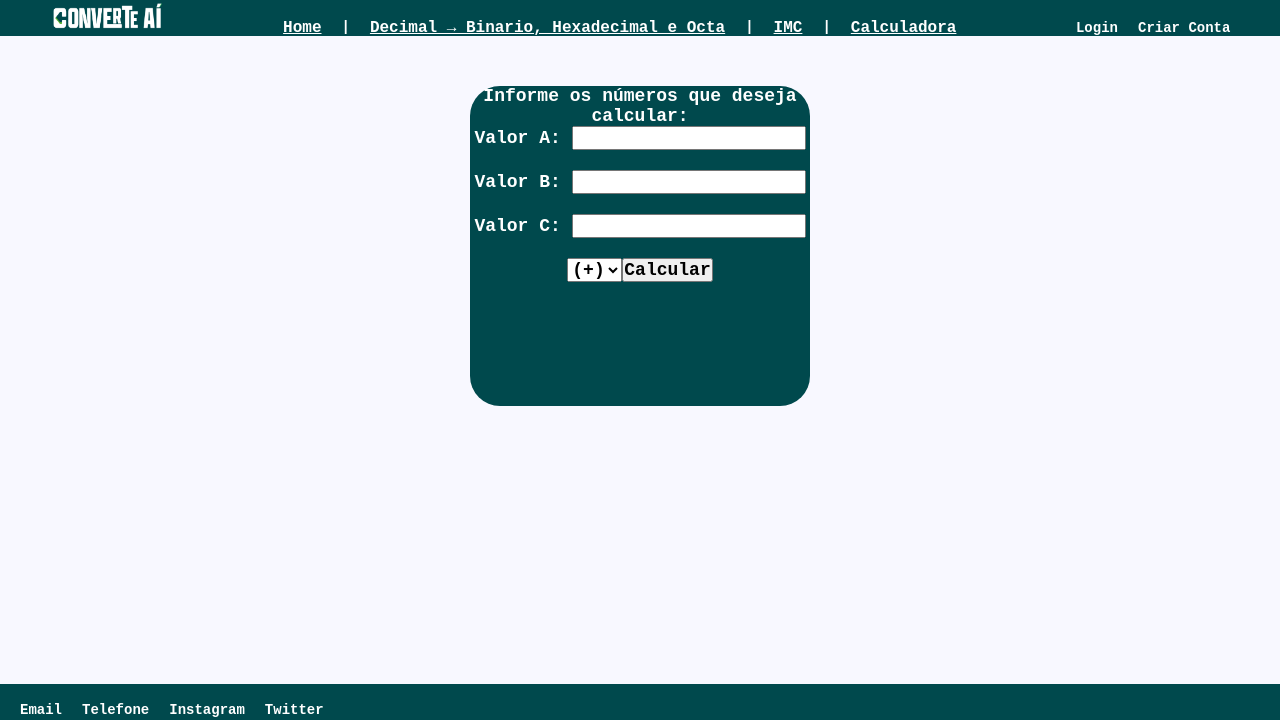
Repository: Frav1u/converteai
Page: http://localhost/ConverteAi/calculadora.html
An editor plug-in stored every save of this project. The page is shown before and after the next save, followed by the edit.
The browser window is 1280 px wide. The pictures show the whole page.
Some web fonts or font styles are not loaded; a fallback is used. The page is served by Tomcat 9. Other server files are loaded and not shown.

Above is the page before, as saved 2023-10-01 21:36:01.

### ConverteAi/src/main/webapp/calculadora.html
<!DOCTYPE html>
<html>
<head>
	<meta charset="UTF-8">
<title>Decimal Para Binario</title>
<link href="https://fonts.googleapis.com/css2?family=Inter:wght@400;700&family=Space+Mono:wght@400;700&display=swap"
        rel="stylesheet">
    <link rel="stylesheet" href="stylecalculadora.css">
    <link rel="icon" href="icone-removebg-preview.png">
</head>
<body>
		<header>
		<img class="img" src="logo.png">

		<nav>
			<ul class="menu">
				<li><a href="home.html">Home</a></li>
				<li>  |  </li>
				<li><a href="decimalParaBinario.html">Decimal → Binario, Hexadecimal e Octa</a></li>
				<li>  |  </li>
				<li><a href="imc.html">IMC</a></li>
				<li>  |  </li>
				<li><a href="calculadora.html">Calculadora</a></li>
			</ul>
		</nav>
			<ul class="conta">
			<li>Login</li>
			<li>Criar Conta</li>
		</ul>
	</header>
	<main>
		<div class="caixa">
	<form action= "Resultado.jsp" method = "get">
		<p> Informe os números que deseja calcular:</p>
		<label>Valor A: </label>
		<input type="text" name="ValorA"><br>
		<br>
		<label>Valor B: </label>
		<input type="text" name="ValorB"><br>
		<br>
		<label>Valor C: </label>
		<input type="text" name="ValorC"><br>
		<br>
	<select name = "opcao"> <br>
    <option value = "+">(+)</option>
    <option value = "-">(-)</option>
    <option value = "*">(*)</option>
   		 <option value = "/">(/)</option>

		</select><input type="Submit" value="Calcular">
	</form>
	</div>
	</main>
	<footer>
		<ul class="contatos">
			<li>Email</li>
			<li>Telefone</li>
			<li>Instagram</li>
			<li>Twitter</li>
		</ul>

	</footer>
</body>

</html>

### ConverteAi/src/main/webapp/stylecalculadora.css

* {
    margin: 0;
    padding: 0;
    box-sizing: border-box;
    font-family: 'Apotek Bold', monospace;
    font-weight: 600;
    font-size: 18px;
    outline: none;
}

body{
	background-color:  ghostwhite
}

li{
	font-size: 14px;
	margin-left: 20px;

}

header{
	background-color: hsl(183, 100%, 15%);
	color: white;
	height: 5vh;
    color: inherit;
    display: flex;
    display: flex;
    justify-content: center;
    align-items: center;
    justify-content: space-evenly;
}

.contatos{
	display: flex;
	list-style: none;
}

.proposito{
	width: 55ch;
	margin: 20px auto;
}


.logo{
	color: white;
}
.menu{
	color: white;
	display: flex;
	margin-top: 20px;
	margin-left: 50px;
	list-style: none;

}

.conta{
	color: white;
	display: flex;
	margin-top: 20px;
	margin-left: 50px;
	list-style: none;
}

.menu a {
	color: white;
	font-size: 16px;

}



nav{
	display: flex;
	justify-content: center;
	align-items: center;
}


main{
	height: 90vh;
	text-align: center;
	padding-top: 30px;
}



.updates{
	margin: 20px auto;
	list-style: none;

}

.img{
	width: 114px;
}

footer{
	background-color: hsl(183, 100%, 15%);
	color: white;
	height: 5vh;
    padding-top: 18px;
}

.gif{
	background-color: hsl(183, 100%, 15%);
	width: 1020px;
	margin: auto;
	border-radius: 40px;
}

h2{
	padding-top: 20px;
}
.caixa{
	height: 320px;
	width: 340px;
	background-color: hsl(183, 100%, 15%);
	margin: 20px auto;
	border-radius: 30px;
	}


form{
	color: white;
}

After the next save:
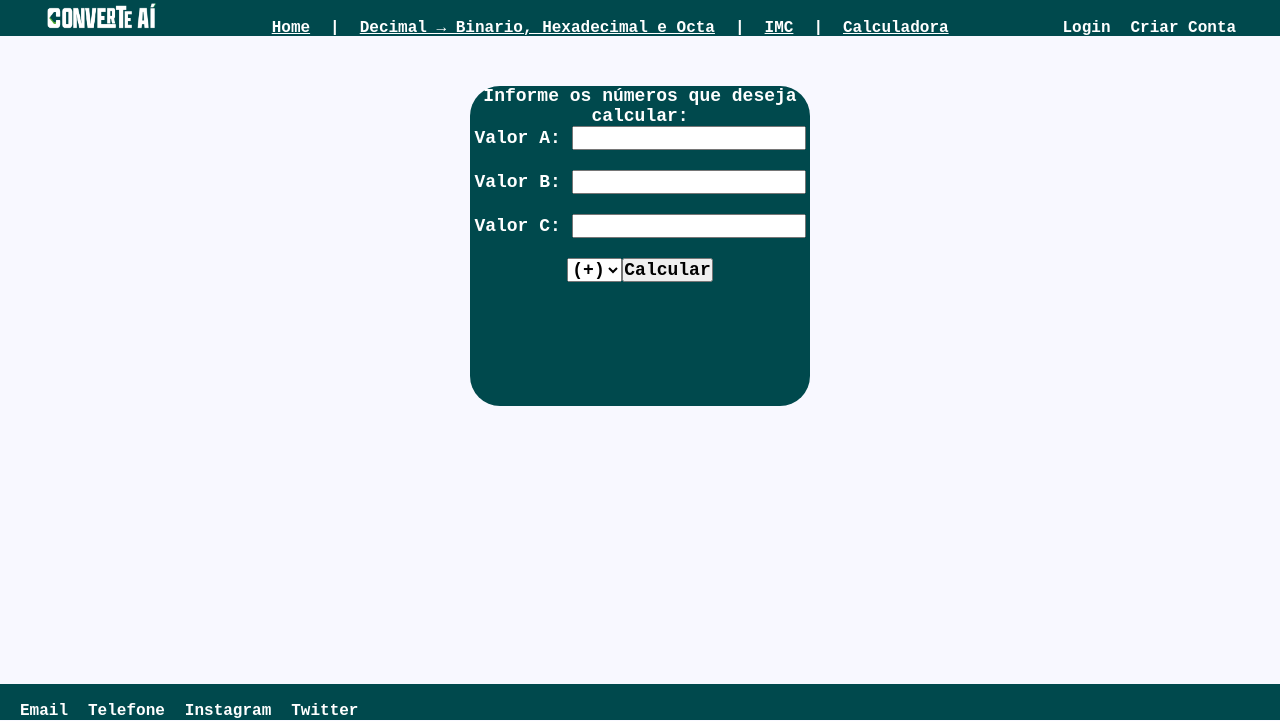
Saved 88 s later.
--- a/ConverteAi/src/main/webapp/stylecalculadora.css
+++ b/ConverteAi/src/main/webapp/stylecalculadora.css
@@ -14,7 +14,7 @@ body{
 }
 
 li{
-	font-size: 14px;
+	font-size: 16px;
 	margin-left: 20px;
 
 }
